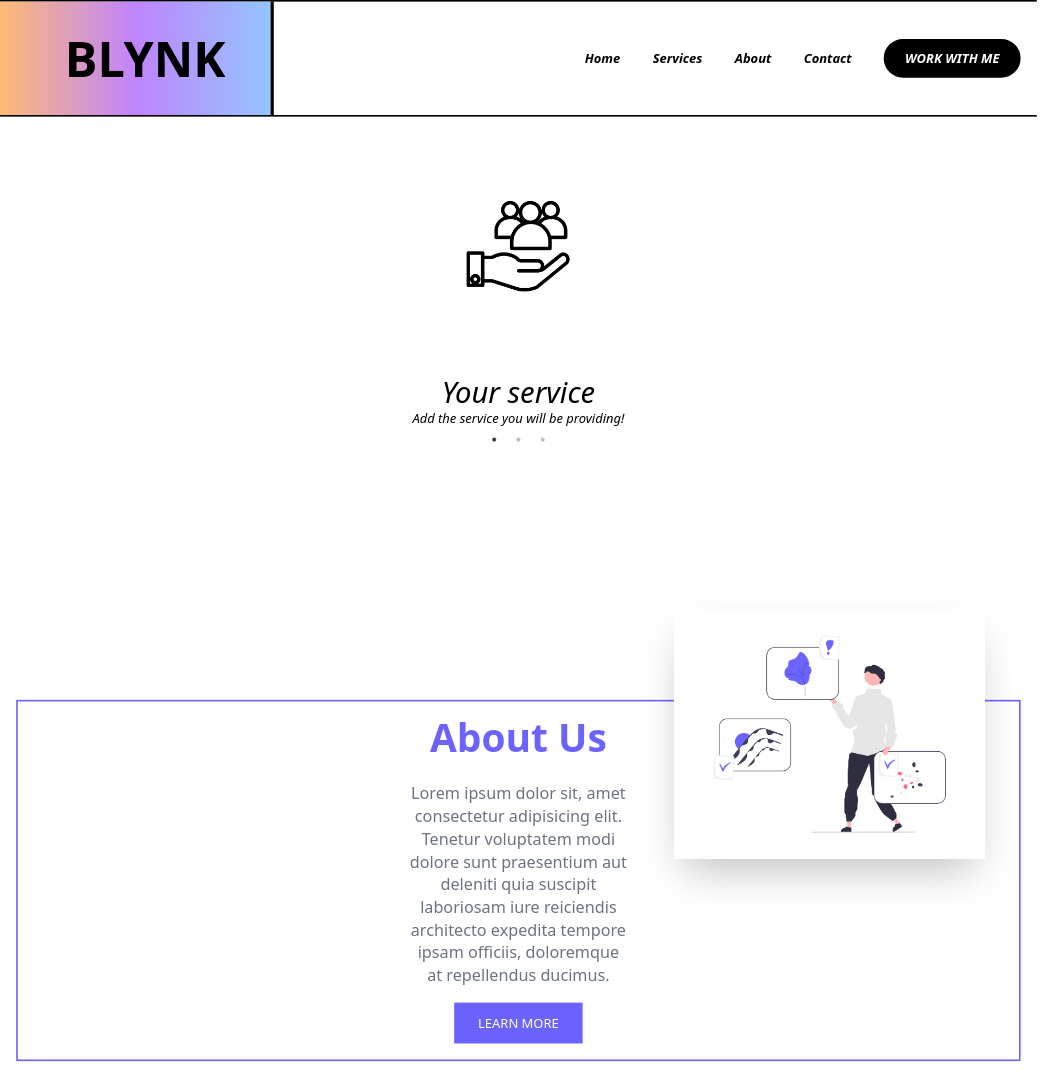
Repository: Al123Kudayyd/eportfolio
Page: /
An editor plug-in stored every save of this project. The page is shown before and after a run of saves, followed by the edit.
The browser window is 1280 px wide. The page is 1305 px wide, so the pictures cover 1305 px, including what lies to the right of the window. The pictures show the whole page, at 81% of full size.
The project was rebuilt for these pictures with package versions that can differ from the ones it lists, and the page was loaded fresh each time.

Above is the page before, as saved 2024-02-27 07:57:25.

After the next 4 saves:
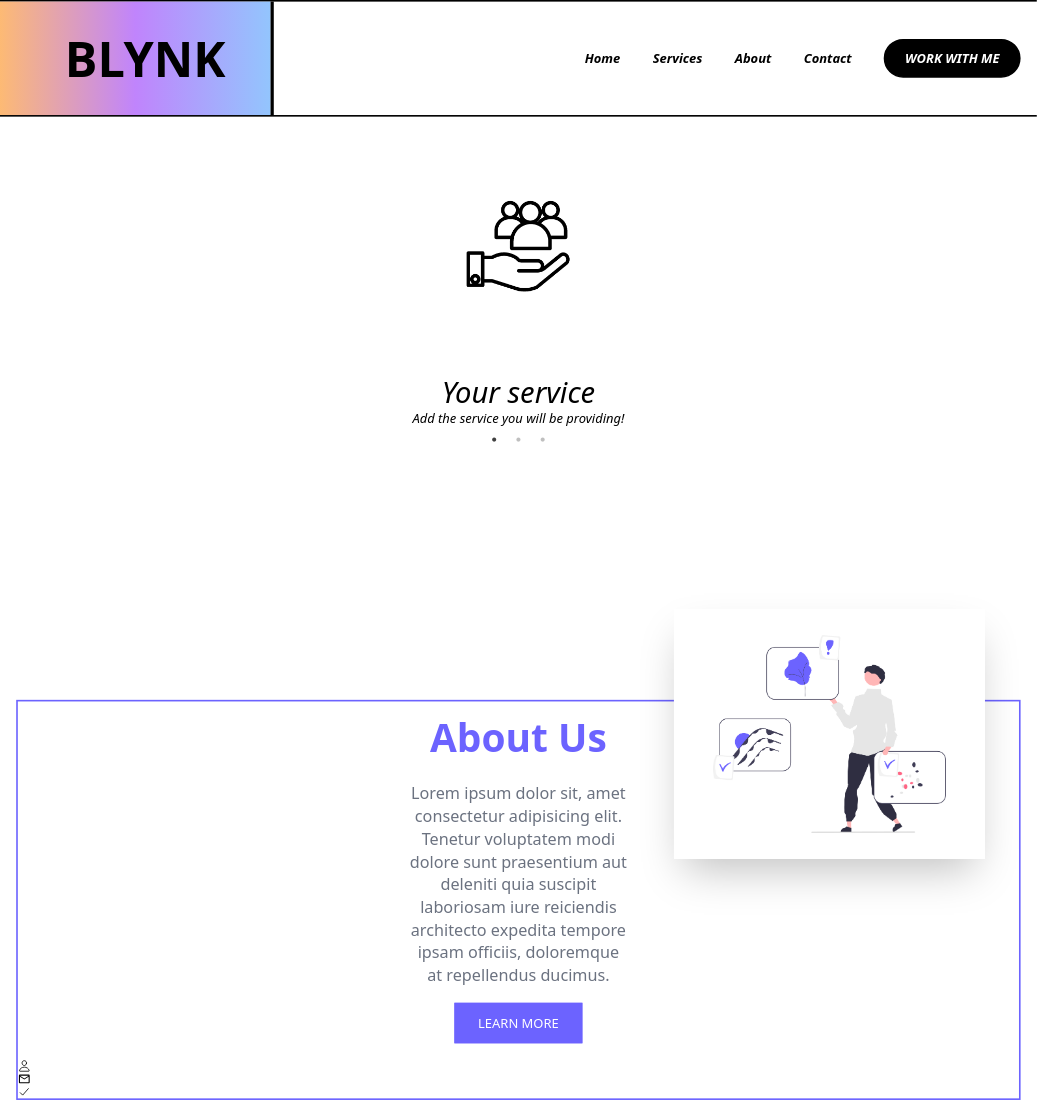
The 4 saves are shown as one change because 1 did not build or start and some came seconds apart.
The last was saved 20 s later.
--- a/src/components/About.jsx
+++ b/src/components/About.jsx
@@ -16,6 +16,7 @@ function About() {
               LEARN MORE
             </button>
         </div>
+        <AboutService />
         </div>
 
         <img src={about} className='absolute -top-28 w-[45%] lg:w-[30%] shadow-2xl right-4 lg:right-16' />
